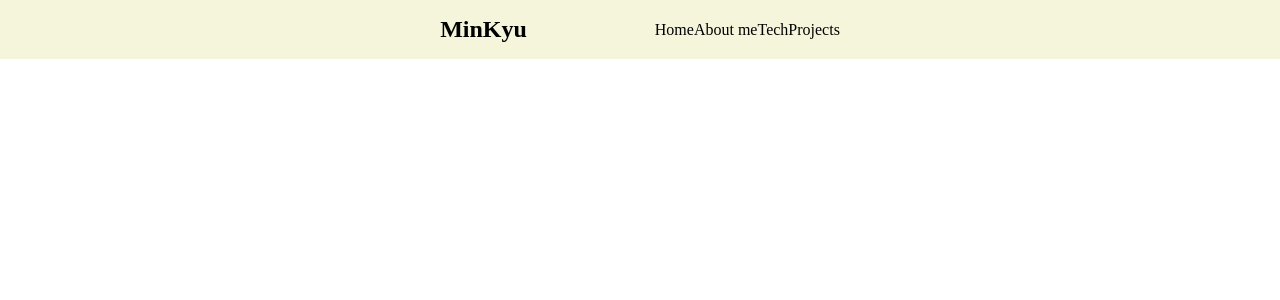
Repository: alsrb0504/portfolio-blog
Page: /
The author's editor kept a copy of each file at every save. The page is drawn from the files as they stood at one save, then again after the next save.
The browser window is 1280 px wide. The pictures show the whole page.
The project was rebuilt for these pictures with package versions that can differ from the ones it lists, and the page was loaded fresh each time. Also part of the build but not shown: src/app.module.css.

Above is the page before, as saved 2021-07-12 15:47:05.

### src/index.css
* {
  box-sizing: border-box;
  border: 0;
  margin: 0;
  padding: 0;
}

### src/app.jsx
import './app.module.css';
import Header from './components/header/header';

function App() {
  return (
    <>
      <Header />
    </>
  );
}

export default App;

### src/components/header/header.jsx
import React from 'react';
import styles from './header.module.css';

const Header = (props) => {


  return(
    <header className={styles.header}>
      <h2 className={styles.title}>MinKyu</h2>
      <ul className={styles.menus}>
        <li className={styles.menu}><span>Home</span></li>
        <li className={styles.menu}><span>About me</span></li>
        <li className={styles.menu}><span>Tech</span></li>
        <li className={styles.menu}><span>Projects</span></li>
      </ul>
    </header>
  )
}

export default Header;

### src/components/header/header.module.css
.header {
  background-color: beige;
  width: 100%;
  padding: 1rem 0;
  display: flex;
  justify-content: center;
  align-items: center;
}

.title {
  /* margin: 0; */
  margin-right: 4rem;
}

.menus {
  /* margin: 0; */
  /* padding: 0; */
  display: flex;
  margin-left: 4rem;
}

.menu {
  list-style: none;
}

Loaded but not shown: public/index.html (common file); src/index.js (common file); src/reportWebVitals.js (common file)

After the next save:
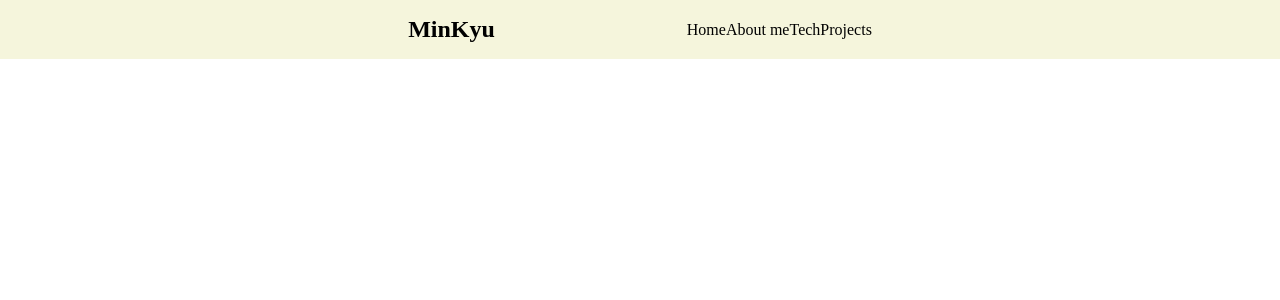
Saved 7 s later.
--- a/src/components/header/header.module.css
+++ b/src/components/header/header.module.css
@@ -9,14 +9,14 @@
 
 .title {
   /* margin: 0; */
-  margin-right: 4rem;
+  margin-right: 6rem;
 }
 
 .menus {
   /* margin: 0; */
   /* padding: 0; */
   display: flex;
-  margin-left: 4rem;
+  margin-left: 6rem;
 }
 
 .menu {
